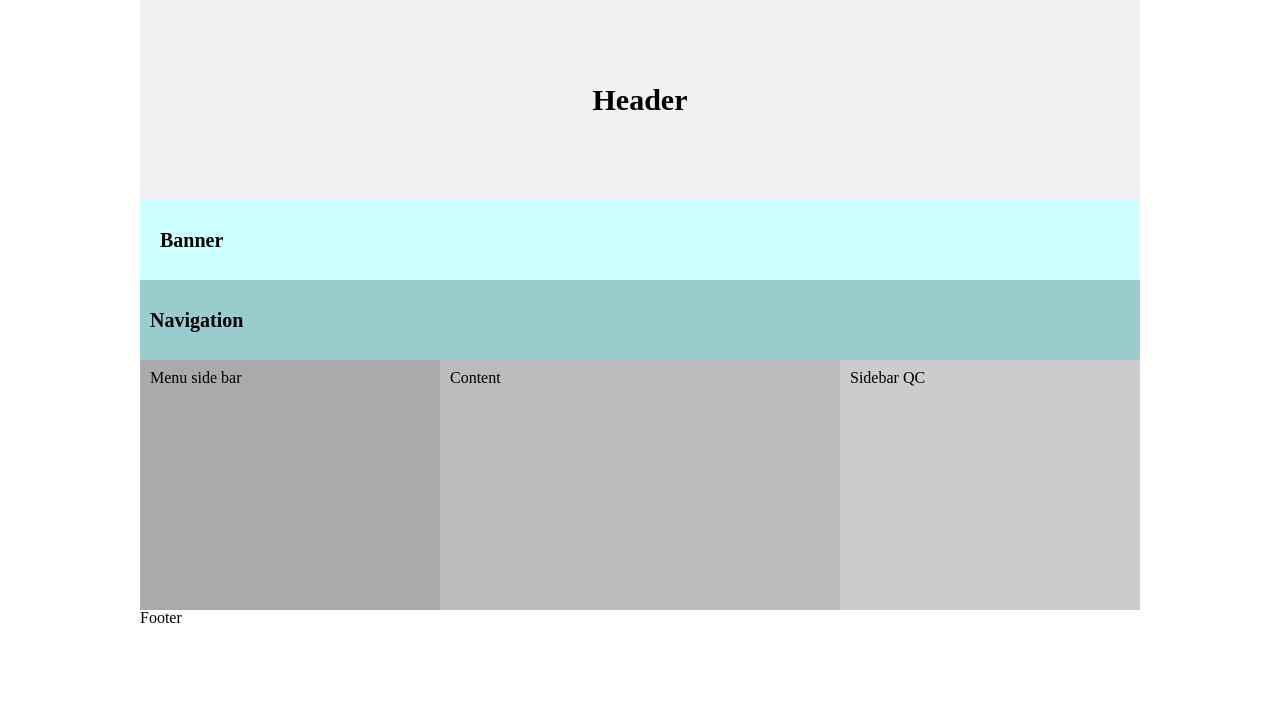
Repository: Tan-Khang21/TH_TKW--Buoi_06
Page: Bai_Tap_Tren_lop/Bai_03/LayoutCSS3.html
These files come from the project's save history. The page is drawn as it stood at one moment and after the next save; the edit follows.
The browser window is 1280 px wide. The pictures show the whole page.

Above is the page before, as saved 2024-03-11 21:04:55.

After the next save:
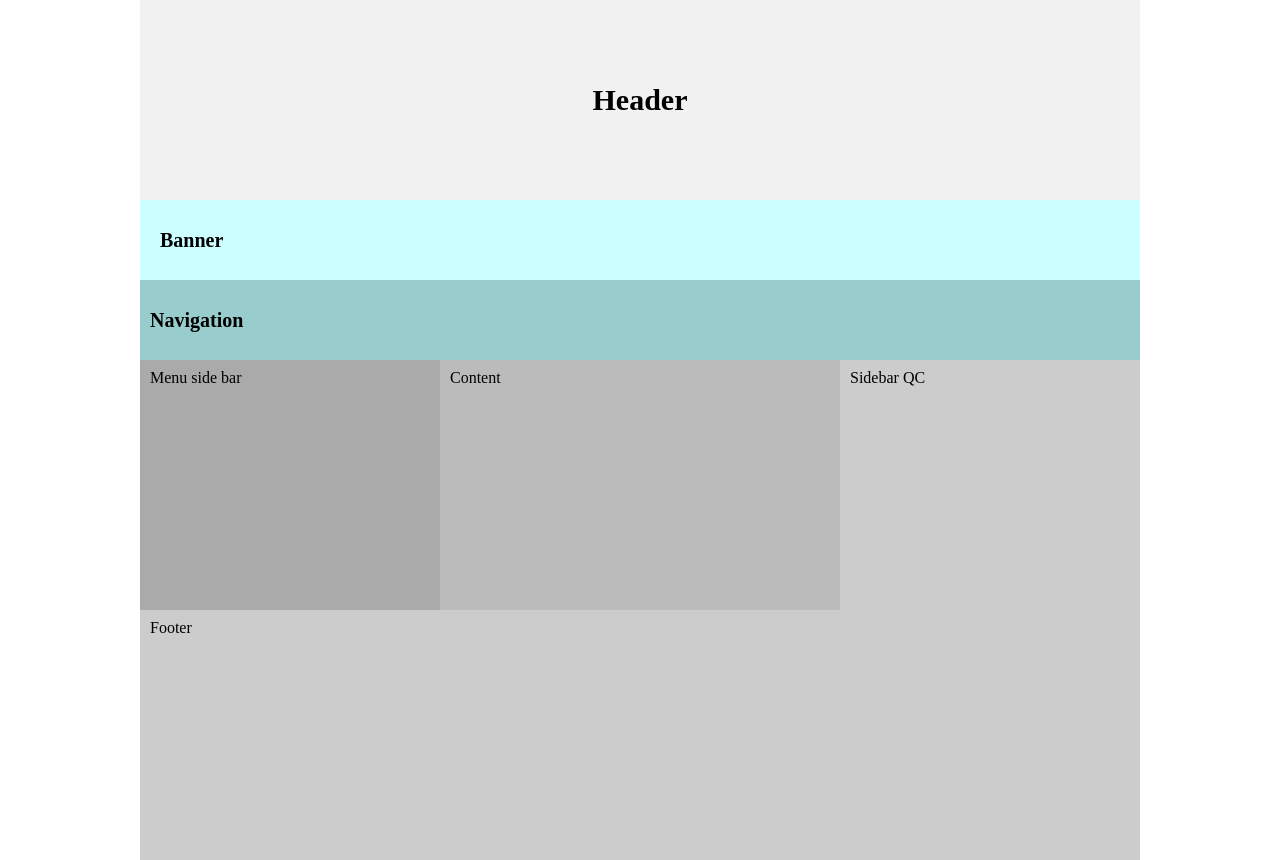
Saved 23 s later.
--- a/Bai_Tap_Tren_lop/Bai_03/style.css
+++ b/Bai_Tap_Tren_lop/Bai_03/style.css
@@ -59,3 +59,9 @@ body {
   background-color: #cccccc;
   padding: 10px;
 }
+.footer {
+  width: 100%;
+  height: 250px;
+  background-color: #cccccc;
+  padding: 10px;
+}
